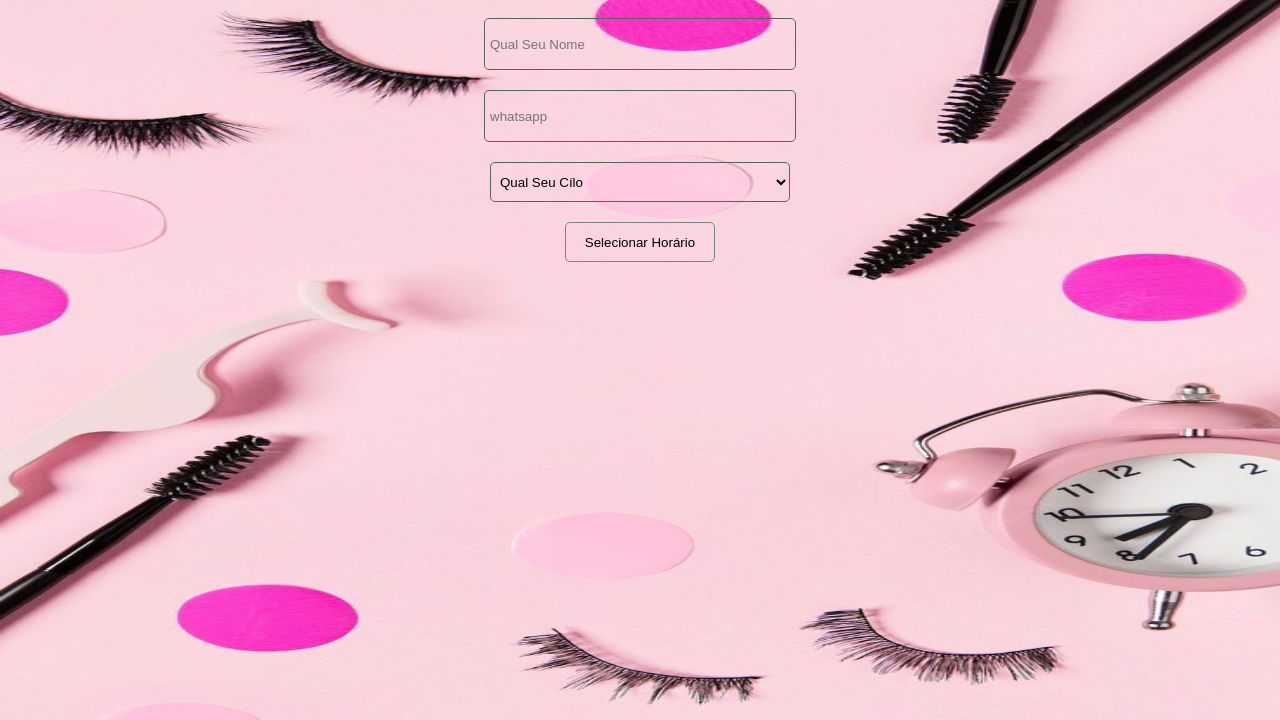
Repository: ketlyn-lash-designer/Ketlyn_Lash_Designer
Page: src/Pages/Home.html
These files come from the project's save history. The page is drawn as it stood at one moment and after a run of saves; the edit follows.
The browser window is 1280 px wide. The pictures show the whole page.

Above is the page before, as saved 2024-03-27 22:24:26.

After the next 2 saves:
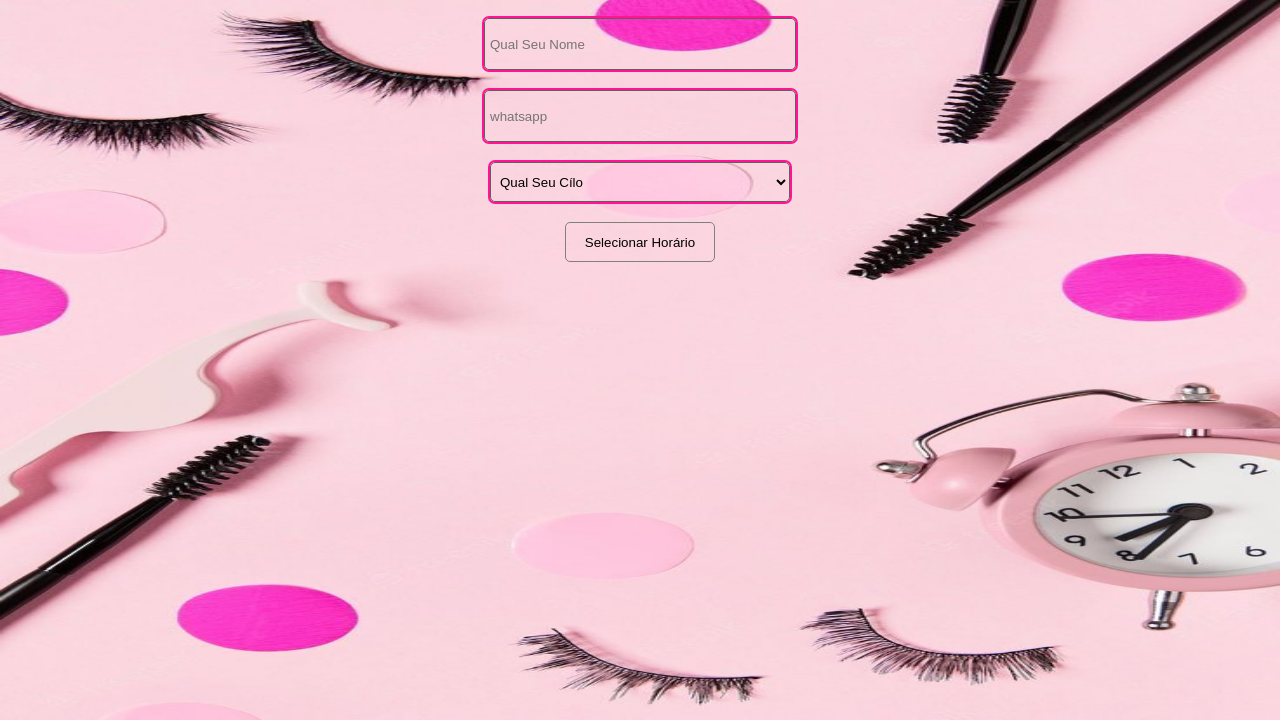
The 2 saves are shown as one change because they came seconds apart.
The last was saved 15 s later.
--- a/src/Styles/Home.css
+++ b/src/Styles/Home.css
@@ -22,10 +22,11 @@
   border: 1px solid rgb(97, 96, 96);
   border-radius: 5px;
   background-color: transparent;
+    outline: 2px solid #FF1493;
+
 }
 
 imput, select:focus {
-  outline: 2px solid #FF1493;
 }
 
 button {

After the save that followed:
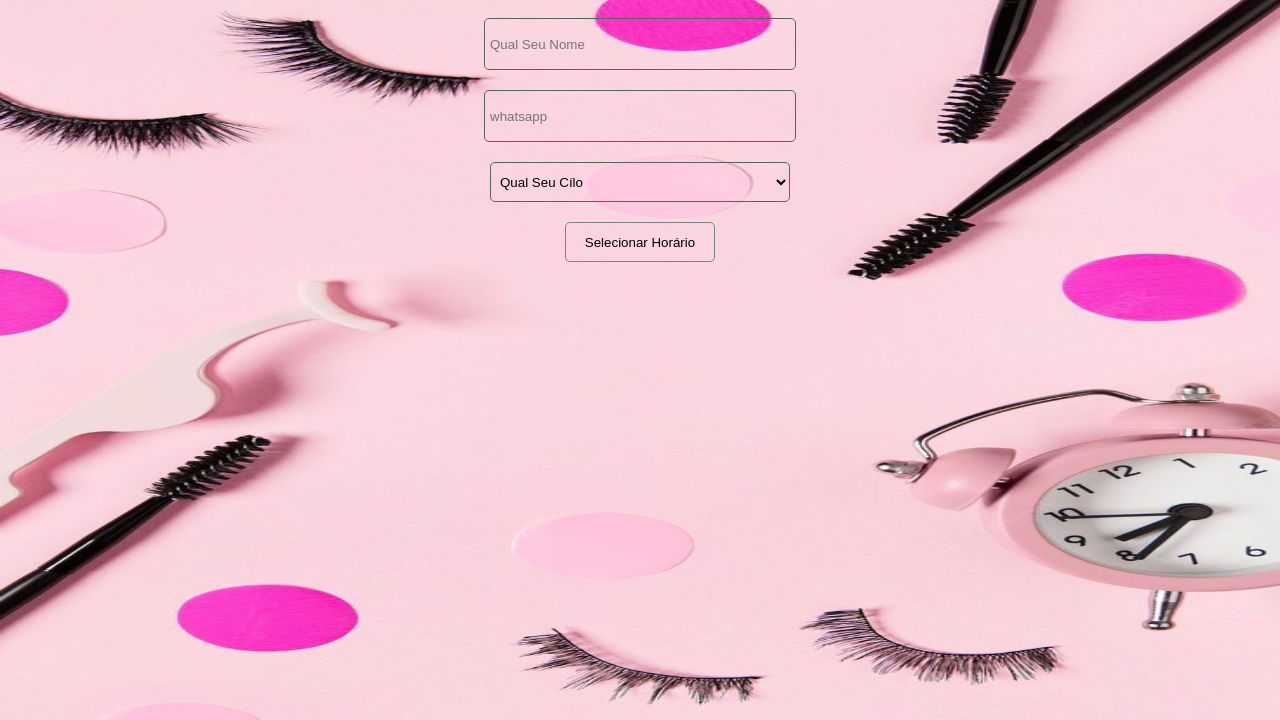
Saved 10 s later.
--- a/src/Styles/Home.css
+++ b/src/Styles/Home.css
@@ -22,7 +22,6 @@
   border: 1px solid rgb(97, 96, 96);
   border-radius: 5px;
   background-color: transparent;
-    outline: 2px solid #FF1493;
 
 }
 
